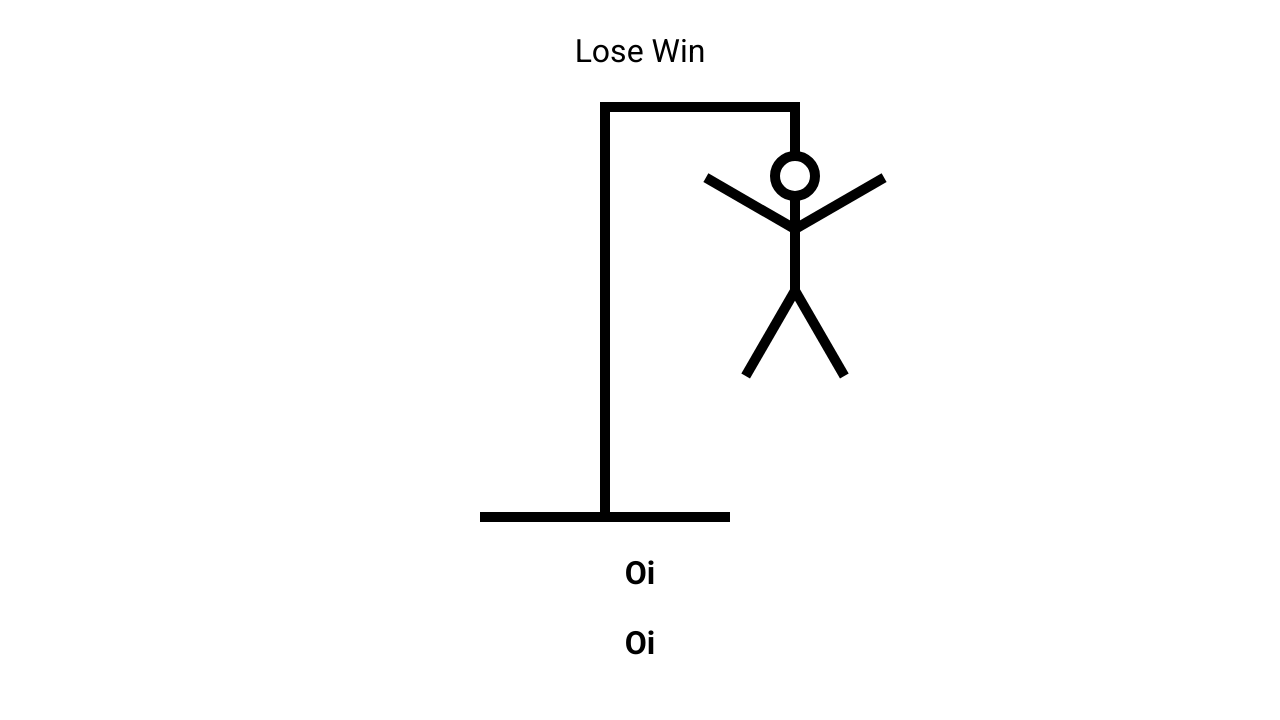
Repository: guilhermecardoso93/jogodaforca
Page: /
These files come from the project's save history. The page is drawn as it stood at one moment and after the next save; the edit follows.
The browser window is 1280 px wide. The pictures show the whole page.
The project was rebuilt for these pictures with package versions that can differ from the ones it lists, and the page was loaded fresh each time. Also part of the build but not shown: vite.config.ts.

Above is the page before, as saved 2022-12-06 21:08:53.

### index.html
<!DOCTYPE html>
<html lang="en">
  <head>
    <meta charset="UTF-8" />
    <link rel="icon" type="image/svg+xml" href="/vite.svg" />
    <meta name="viewport" content="width=device-width, initial-scale=1.0" />
    <link rel="preconnect" href="https://fonts.googleapis.com"><link
      rel="preconnect" href="https://fonts.gstatic.com" crossorigin><link
      href="https://fonts.googleapis.com/css2?family=Roboto:ital,wght@0,400;0,500;0,700;1,400&display=swap"
      rel="stylesheet">
    <title>Vite + React + TS</title>
  </head>
  <body>
    <div id="root"></div>
    <script type="module" src="/src/main.tsx"></script>
  </body>
</html>

### src/App.tsx
import { useState } from "react";
import words from "./wordList.json";

import { HangmanDrawing } from "./components/HangmanDrawing";
import { HangmanWord } from "./components/HangmanWord";
import { Keyboard } from "./components/Keyboard";

import "./App.css";

export function App() {
  const randomWords = () => {
    return words[Math.floor(Math.random() * words.length)];
  };

  const [wordToGuess, setWordToGuess] = useState(randomWords);
  const [guessedLetters, setGuessedLetters] = useState<string[]>([]);

  console.log(wordToGuess);
  return (
    <div className="container">
      <div className="loseOrWin">Lose Win</div>
      <HangmanDrawing />
      <HangmanWord />
      <Keyboard />
    </div>
  );
}

### src/wordList.json
[
  "capaz",
  "sobre",
  "absoluto",
  "aceitar",
  "conta",
  "alcançar",
  "através",
  "ativo",
  "real",
  "Admitem",
  "anunciar",
  "afetar",
  "proporcionar",
  "depois",
  "tarde",
  "novamente",
  "contra",
  "agente",
  "aceita",
  "permitir",
  "quase",
  "já",
  "tudo bem",
  "também",
  "Apesar",
  "sempre",
  "América",
  "quantia",
  "outro",
  "responda",
  "separado",
  "aparente",
  "aparecer",
  "Aplique",
  "nomear",
  "abordagem",
  "apropriado",
  "área",
  "argumentar",
  "arranjo",
  "associado",
  "presumir",
  "participar",
  "autoridade",
  "acessível",
  "consciente",
  "horrível",
  "bebê",
  "Saldo",
  "bola",
  "banco",
  "base",
  "base",
  "urso",
  "bater",
  "beleza",
  "Porque",
  "antes da",
  "começar",
  "acreditam",
  "beneficiar",
  "melhor",
  "entre",
  "conta",
  "nascimento",
  "Preto",
  "cara",
  "sangue",
  "golpe",
  "limite",
  "linha",
  "Lista",
  "ouço",
  "pequena",
  "viver",
  "carregar",
  "local",
  "trancar",
  "Londres",
  "grandes",
  "olhar",
  "senhor",
  "perder",
  "amor",
  "sorte",
  "almoço",
  "máquina",
  "faço",
  "gerir",
  "muitos",
  "marca",
  "mercado",
  "casar",
  "Combine",
  "matéria",
  "significa",
  "significado",
  "a medida",
  "encontrar",
  "membro",
  "menção",
  "meio",
  "poderia",
  "milha",
  "ouvir",
  "coração",
  "aquecer",
  "pesado",
  "inferno",
  "ajuda",
  "aqui",
  "Alto",
  "história",
  "aguarde",
  "feriado",
  "casa",
  "honesto",
  "esperança",
  "cavalo",
  "hospital",
  "hora",
  "lar",
  "Contudo",
  "olá",
  "centenas",
  "esposo",
  "idéia",
  "identificar",
  "Imagine",
  "importante",
  "melhorar",
  "incluir",
  "renda",
  "aumentar",
  "na verdade",
  "Individual",
  "indústria",
  "informar",
  "garantir",
  "interesse",
  "em",
  "introduzir",
  "investir",
  "envolver",
  "questão",
  "item",
  "Jesus",
  "Junte",
  "juiz",
  "pular",
  "apenas",
  "guarda",
  "matar",
  "Gentil",
  "rei",
  "cozinha",
  "bater",
  "conhecer",
  "trabalho",
  "senhora",
  "terra",
  "Língua",
  "ampla",
  "último",
  "tarde",
  "riso",
  "conduzir",
  "aprender",
  "sair",
  "deixei",
  "menos",
  "carta",
  "nível",
  "vida",
  "leve",
  "Curti",
  "provável",
  "cinco",
  "apartamento",
  "piso",
  "Segue",
  "Comida",
  "pé",
  "força",
  "esquecer",
  "Formato",
  "fortuna",
  "frente",
  "quatro",
  "França",
  "gratuitamente",
  "amigo",
  "a partir de",
  "frente",
  "cheio",
  "função",
  "fundo",
  "futuro",
  "jogos",
  "jardim",
  "em geral",
  "Alemanha",
  "menina",
  "dar",
  "vidro",
  "Boa",
  "adeus",
  "governo",
  "grande",
  "conceder",
  "excelente",
  "verde",
  "chão",
  "grupo",
  "crescer",
  "acho",
  "cabelo",
  "metade",
  "corredor",
  "mão",
  "pendurar",
  "acontecer",
  "feliz",
  "duro",
  "odiar",
  "tenho",
  "cabeça",
  "saúde"
]

### src/components/HangmanDrawing.tsx
const HEAD = (
  <div
    style={{
      width: "50px",
      height: "50px",
      borderRadius: "100%",
      border: "10px solid black",
      position: "absolute",
      top: "49px",
      right: "-20px",
    }}
  />
);

const BODY = (
  <div
    style={{
      width: "10px",
      height: "100px",
      background: "black",
      position: "absolute",
      top: "90px",
      right: 0,
    }}
  />
);

const RIGHT_ARM = (
  <div
    style={{
      width: "100px",
      height: "10px",
      background: "black",
      position: "absolute",
      top: "120px",
      right: "-100px",
      rotate: "-30deg",
      transformOrigin: "left bottom",
    }}
  />
);

const LEFT_ARM = (
  <div
    style={{
      width: "100px",
      height: "10px",
      background: "black",
      position: "absolute",
      top: "120px",
      right: "10px",
      rotate: "30deg",
      transformOrigin: "right bottom",
    }}
  />
);

const RIGHT_LEG = (
  <div
    style={{
      width: "100px",
      height: "10px",
      background: "black",
      position: "absolute",
      top: "180px",
      right: "-90px",
      rotate: "60deg",
      transformOrigin: "left bottom",
    }}
  />
);

const LEFT_LEG = (
  <div
    style={{
      width: "100px",
      height: "10px",
      background: "black",
      position: "absolute",
      top: "180px",
      right: 0,
      rotate: "-60deg",
      transformOrigin: "right bottom",
    }}
  />
);

const BODY_PARTS = [HEAD, BODY, RIGHT_ARM, LEFT_ARM, RIGHT_LEG, LEFT_LEG];

type HangmanDrawingProps = {
  numberOfGuesses: number
}

export function HangmanDrawing() {
  return (
    <div style={{ position: "relative" }}>
      {BODY_PARTS}
      <div
        style={{
          height: "50px",
          width: "10px",
          background: "black",
          position: "absolute",
          top: 0,
          right: 0,
        }}
      />
      <div
        style={{
          height: "10px",
          width: "200px",
          background: "black",
          marginLeft: "120px",
        }}
      />
      <div
        style={{
          height: "400px",
          width: "10px",
          background: "black",
          marginLeft: "120px",
        }}
      />
      <div style={{ height: "10px", width: "250px", background: "black" }} />
    </div>
  );
}

### src/components/HangmanWord.tsx
export function HangmanWord() {
  return (
    <div>
      <h1>Oi</h1>
    </div>
  )
}

### src/components/Keyboard.tsx
export function Keyboard() {
  return (
    <div>
      <h1>Oi</h1>
    </div>
  )
}

### src/App.css
* {
  margin: 0;
  passing: 0;
  box-sizing: border-box;
  font-family: "Roboto", sans-serif;
}

body {
  margin: 2rem;
}

.container {
  max-width: 800px;
  display: flex;
  flex-direction: column;
  gap: 2rem;
  margin: 0 auto;
  align-items: center;
  justify-content: center;
}

.loseOrWin {
  font-size: 2rem;
  text-align: center;
}

.HangmanWordContainer {
  display: flex;
  gap: 0.25em;
  font-size: 6rem;
}

Loaded but not shown: src/main.tsx (common file)

After the next save:
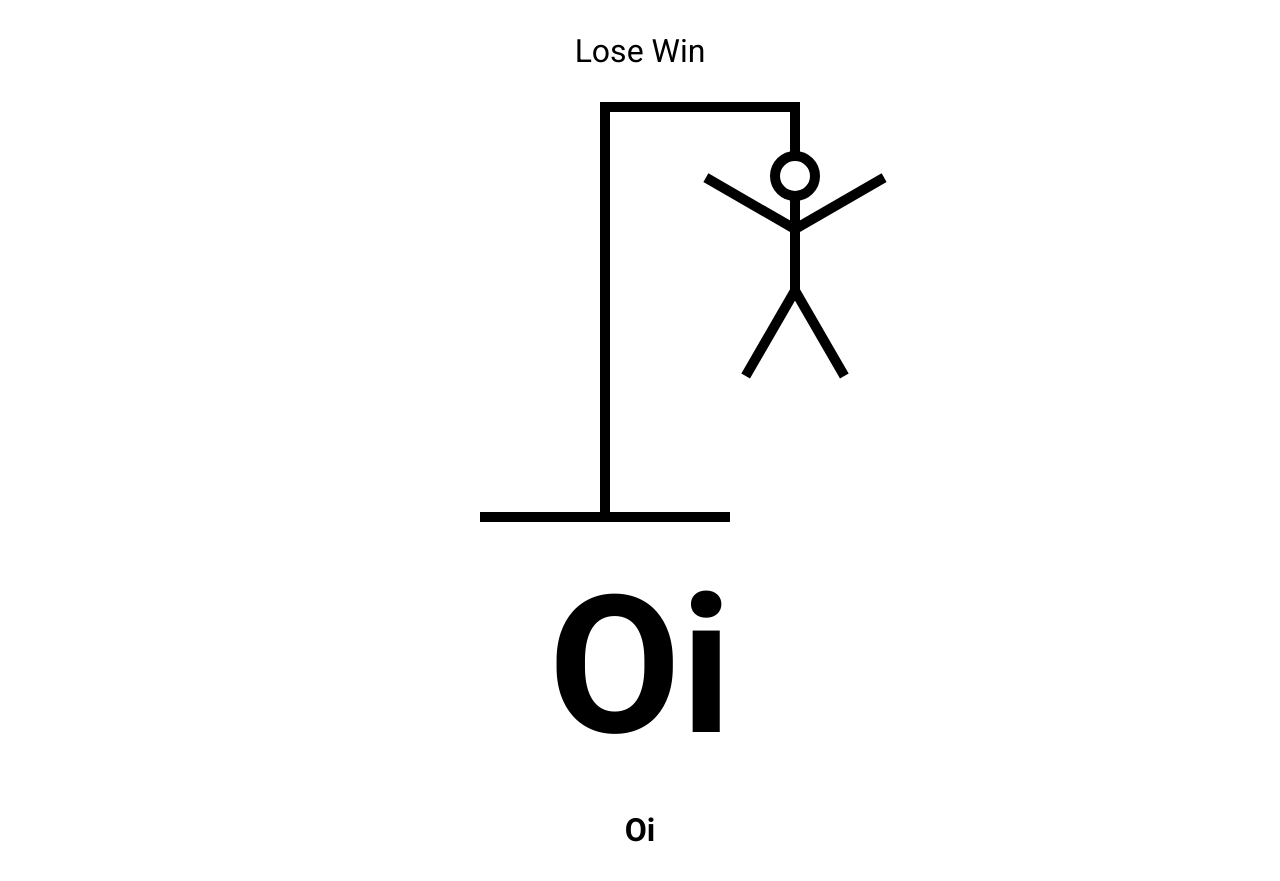
Saved 20 s later.
--- a/src/components/HangmanWord.tsx
+++ b/src/components/HangmanWord.tsx
@@ -1,6 +1,7 @@
+import "../App.css";
 export function HangmanWord() {
   return (
-    <div>
+    <div className="HangmanWordContainer">
       <h1>Oi</h1>
     </div>
   )
